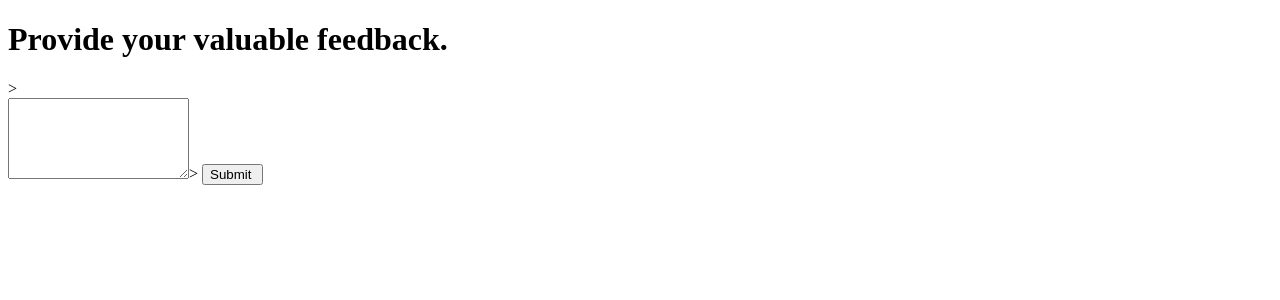
Repository: alph-a07/Java-EE
Page: http://localhost/FeedBackPage/SubmitFeedback.jsp
These files come from the project's save history. The page is drawn as it stood at one moment and after the next save; the edit follows.
The browser window is 1280 px wide. The pictures show the whole page.
The page is served by Tomcat 9. Other server files are loaded and not shown.

Above is the page before, as saved 2023-01-20 11:14:26.

### FeedBackPage/src/main/webapp/SubmitFeedback.jsp
<%@ page language="java" contentType="text/html; charset=ISO-8859-1"
	pageEncoding="ISO-8859-1"%>

<!DOCTYPE html>

<html>

	<head>
	<meta charset="ISO-8859-1">
	<title>Feedback page</title>
	</head>

	<body>
		<h1>Provide your valuable feedback.</h1>>

		<form>
		<textarea rows = 5 name="feedbackParam"></textarea>>
		<input type="submit" name="submit" value="Submit ">
	</body>
</html>

After the next save:
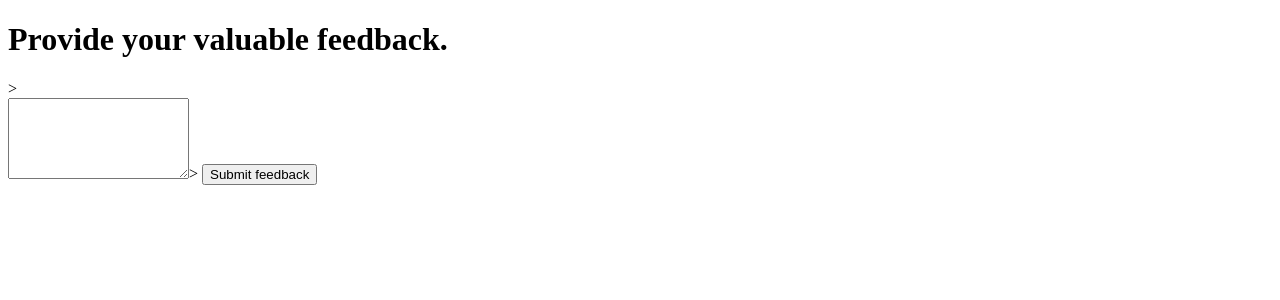
Saved 4 s later.
--- a/FeedBackPage/src/main/webapp/SubmitFeedback.jsp
+++ b/FeedBackPage/src/main/webapp/SubmitFeedback.jsp
@@ -15,6 +15,6 @@
 
 		<form>
 		<textarea rows = 5 name="feedbackParam"></textarea>>
-		<input type="submit" name="submit" value="Submit ">
+		<input type="submit" name="submit" value="Submit feedback">
 	</body>
 </html>
